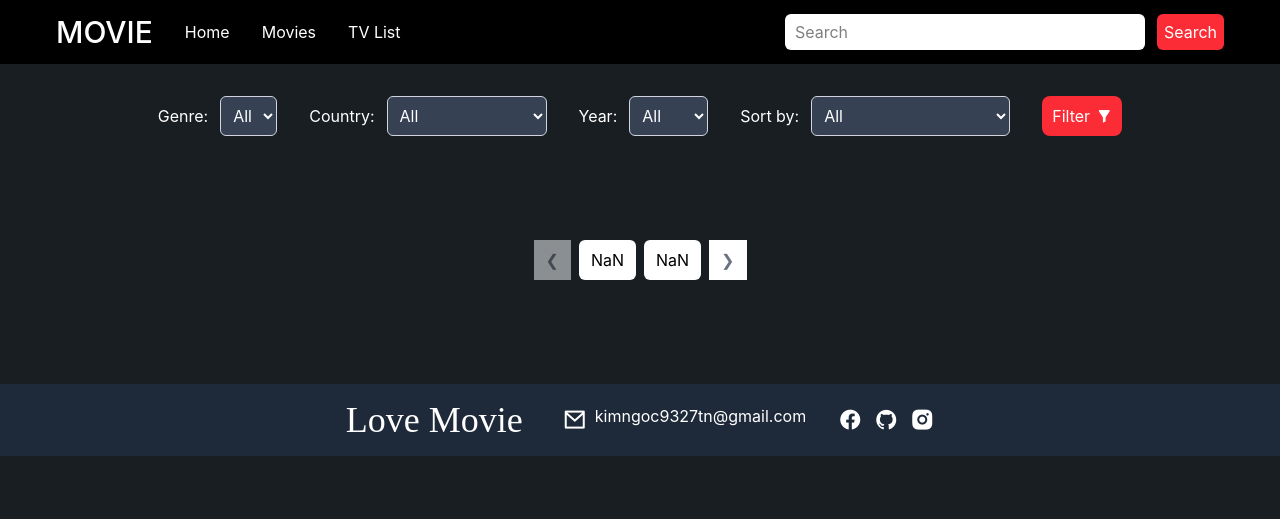
Repository: kimngoc9327/Love_Movie_Project
Page: /search
These files come from the project's save history. The page is drawn as it stood at one moment and after the next save; the edit follows.
The browser window is 1280 px wide. The pictures show the whole page.
The page's requests for data from a server got no answer. The project was rebuilt for these pictures with package versions that can differ from the ones it lists, and the page was loaded fresh each time. No one was signed in, and anything a server would have sent is missing. Also part of the build but not shown: vite.config.js, src/components/ui/VoteAverage.jsx, src/components/ui/MovieCard.jsx, src/components/ui/MovieList.jsx, src/components/ui/Banner.jsx, src/pages/Home.jsx, src/pages/MovieCategory.jsx, src/components/ui/PlayTrailerButton.jsx and 8 more.

Above is the page before, as saved 2025-03-30 00:12:44.

### index.html
<!DOCTYPE html>
<html lang="en">
  <head>
    <meta charset="UTF-8" />
    <link rel="icon" type="image/svg+xml" href="/love-movie-logo.ico" />
    <meta name="viewport" content="width=device-width, initial-scale=1.0" />
    <title>Love Movie</title>
  </head>
  <body>
    <div id="root"></div>
    <script type="module" src="/src/main.jsx"></script>
  </body>
</html>

### src/main.jsx
import { createRoot } from "react-dom/client";
import "./index.css";
import App from "./App.jsx";
import { store } from "./redux/store";
import { Provider } from "react-redux";
import { BrowserRouter } from "react-router-dom";
import ScrollToTop from "./components/ScrollToTop.jsx";

createRoot(document.getElementById("root")).render(
  <BrowserRouter>
    <ScrollToTop />
    <Provider store={store}>
      <App />
    </Provider>
  </BrowserRouter>
);

### src/index.css
@import "tailwindcss";
@import "remixicon/fonts/remixicon.css";

:root {
  font-family: Inter, system-ui, Avenir, Helvetica, Arial, sans-serif;
  background-color: #171c20fc;
}

/* a {
  font-weight: 500;
  color: #646cff;
  text-decoration: inherit;
}
a:hover {
  color: #535bf2;
}

body {
  margin: 0;
  display: flex;
  place-items: center;
  min-width: 320px;
  min-height: 100vh;
}

h1 {
  font-size: 3.2em;
  line-height: 1.1;
}

button {
  border-radius: 8px;
  border: 1px solid transparent;
  padding: 0.6em 1.2em;
  font-size: 1em;
  font-weight: 500;
  font-family: inherit;
  background-color: #1a1a1a;
  cursor: pointer;
  transition: border-color 0.25s;
}
button:hover {
  border-color: #646cff;
}
button:focus,
button:focus-visible {
  outline: 4px auto -webkit-focus-ring-color;
}

@media (prefers-color-scheme: light) {
  :root {
    color: #213547;
    background-color: #ffffff;
  }
  a:hover {
    color: #747bff;
  }
  button {
    background-color: #f9f9f9;
  }
} */

### src/App.jsx
import { Route, Routes } from "react-router-dom";
import publicRoutes from "./routes";
import DefaultLayout from "./components/layout/DefaultLayout";
import { Fragment } from "react";
function App() {
  return (
    <>
      <Routes>
        {publicRoutes.map((route, index) => {
          const Page = route.component;
          let Layout = DefaultLayout;
          if (route.layout) {
            Layout = route.layout;
          } else if (route.layout === null) {
            Layout = Fragment;
          }
          return (
            <Route
              key={index}
              path={route.path}
              element={
                <Layout>
                  <Page />
                </Layout>
              }
            />
          );
        })}
      </Routes>
    </>
  );
}

export default App;

### src/redux/store.jsx
import { createStore, applyMiddleware } from "redux";
import { rootReducer } from "./rootReducer";
import { thunk } from "redux-thunk";

const store = createStore(rootReducer, applyMiddleware(thunk));

export { store };

### src/components/ScrollToTop.jsx
import { useEffect } from "react";
import { useLocation } from "react-router-dom";

const ScrollToTop = () => {
  const { pathname, search } = useLocation(); // Lắng nghe cả pathname và search

  useEffect(() => {
    window.scrollTo({ top: 0, left: 0, behavior: "smooth" });
  }, [pathname, search]); // Khi pathname hoặc search thay đổi, cuộn lên đầu

  return null;
};

export default ScrollToTop;

### src/routes/index.jsx
import DefaultLayout from "../components/layout/DefaultLayout";
import Home from "../pages/Home";
import MovieCategory from "../pages/MovieCategory";
import Movie from "../pages/Movie";
import MovieGenre from "../pages/MovieGenre";
import SearchMovie from "../pages/SearchMovie";
// import SearchMovie from "../pages/SearchMovie";

const publicRoutes = [
  { path: "/", component: Home, layout: DefaultLayout },
  { path: "/genre", component: MovieGenre, layout: DefaultLayout },
  { path: "/movieCategory", component: MovieCategory, layout: DefaultLayout },
  { path: "/movie", component: Movie, layout: DefaultLayout },
  { path: "/search", component: SearchMovie, layout: DefaultLayout },
];

export default publicRoutes;

### src/components/layout/DefaultLayout.jsx
import Header from "./Header";
import Footer from "./Footer";
import PropTypes from "prop-types";

function DefaultLayout({ children }) {
  return (
    <div>
      <Header />
      <div>{children}</div>
      <Footer />
    </div>
  );
}

DefaultLayout.propTypes = {
  children: PropTypes.any,
};

export default DefaultLayout;

### src/redux/rootReducer.jsx
import { combineReducers } from "redux";
import movieReducer from "./reducer/movieReducer";

export const rootReducer = combineReducers({
  movieReducer,
});

### src/pages/SearchMovie.jsx
import { useEffect, useState } from "react";
import { useDispatch, useSelector } from "react-redux";
import { useLocation, useNavigate } from "react-router-dom";
import { searchMovie } from "../redux/actions/movieActions";
import MovieCard from "../components/ui/MovieCard";
import { POSTER_PATH } from "../constants/constants";
import PaginationButton from "../components/ui/PaginationButton";
import MovieFilterBar from "../components/ui/MovieFilterBar";

function SearchMovie() {
  const dispatch = useDispatch();
  const location = useLocation();
  const navigate = useNavigate();

  const queryParams = new URLSearchParams(location.search);
  const query = queryParams.get("query");
  const movies = useSelector((state) => state.movieReducer.search);
  const [page, setPage] = useState(1);

  useEffect(() => {
    if (query) {
      const params = {
        page: page,
        query: query,
      };
      dispatch(searchMovie(params));
    }
  }, [dispatch, query, page]);

  useEffect(() => {
    console.log(movies);
  });

  const totalPages = movies?.total_pages;

  const handleSelectMovie = (id) => {
    navigate(`/movie?id=${id}`);
  };

  return (
    <div className="flex flex-col items-center  m-24 ">
      <MovieFilterBar />

      <div className="grid grid-cols-4 gap-8  my-12">
        {movies?.results
          ?.filter((movie) => movie.title && movie.poster_path)
          .map((movie) => (
            <div onClick={() => handleSelectMovie(movie?.id)} key={movie.id}>
              <MovieCard
                title={movie?.title}
                poster={POSTER_PATH + movie?.poster_path}
                vote={Number(movie?.vote_average.toFixed(2))}
              />
            </div>
          ))}
      </div>
      <PaginationButton
        currentPage={page}
        onPageChange={setPage}
        totalPages={totalPages}
      />
    </div>
  );
}

export default SearchMovie;

### src/components/layout/Header.jsx
import { Link } from "react-router-dom";
import MovieDropdown from "../ui/MovieDropdown";
import SearchInput from "../ui/SearchInput";

const Header = () => {
  return (
    <div className="flex fixed z-50 w-screen top-0 items-center text-white p-[24px] h-[64px] bg-black">
      <div className="flex space-x-8 items-center ml-8">
        <Link to="/">
          <p className="hover:text-red-500 font-medium text-3xl">MOVIE</p>
        </Link>
        <Link to="/">
          <p className="hover:text-red-500 text-base">Home</p>
        </Link>
        <MovieDropdown />
        <p className="hover:text-red-500  text-base">TV List</p>
      </div>
      <SearchInput />
    </div>
  );
};

export default Header;

### src/components/layout/Footer.jsx
function Footer() {
  return (
    <div className="flex space-x-10 mt-12 p-4 items-center justify-center text-white bg-gray-800">
      <p className="font-[fantasy] text-4xl ">Love Movie</p>
      <div className="flex space-x-8">
        <div className="space-y-3">
          <div className="flex space-x-2">
            <i className="ri-mail-line text-2xl"></i>{" "}
            <p>kimngoc9327tn@gmail.com</p>
          </div>
        </div>
        <div className="flex space-x-3">
          <i className="ri-facebook-circle-fill  text-2xl"></i>
          <i className="ri-github-fill  text-2xl"></i>
          <i className="ri-instagram-fill  text-2xl"></i>
        </div>
      </div>
    </div>
  );
}

export default Footer;

### src/redux/reducer/movieReducer.jsx
import {
  GET_GENRE_MOVIE,
  GET_MOVIE,
  GET_MOVIE_COLLECTION,
  GET_MOVIE_DISCOVER,
  GET_MOVIES,
  GET_RECOMMENDATIONS,
  SEARCH_MOVIE,
} from "../types";

const initialState = {
  movies: {},
  genres: {},
  search: {},
  recommendations: {},
  collection: null,
  currentMovie: null,
};

const movieReducer = (state = initialState, action) => {
  switch (action.type) {
    case GET_MOVIES:
      return {
        ...state,
        movies: { ...state.movies, [action.category]: action.payload },
      };
    case GET_MOVIE_DISCOVER:
      return { ...state, movies: action.payload };
    case GET_MOVIE_COLLECTION:
      return { ...state, collection: action.payload };
    case GET_GENRE_MOVIE:
      return { ...state, genres: action.payload };
    case GET_RECOMMENDATIONS:
      return { ...state, recommendations: action.payload };
    case SEARCH_MOVIE:
      return { ...state, search: action.payload };
    case GET_MOVIE:
      return { ...state, currentMovie: action.payload };
    default:
      return state;
  }
};

export default movieReducer;

### src/redux/actions/movieActions.jsx
import axios from "axios";
import {
  GET_MOVIES,
  GET_MOVIE,
  GET_MOVIE_DISCOVER,
  GET_GENRE_MOVIE,
  GET_MOVIE_COLLECTION,
  SEARCH_MOVIE,
  GET_RECOMMENDATIONS,
} from "../types";
import { AUTH_TOKEN, BASE_URL } from "../../constants/constants";

const getMovies =
  (category, params = {}) =>
  async (dispatch) => {
    try {
      const response = await axios.get(`${BASE_URL}/movie/${category}`, {
        headers: {
          Authorization: `Bearer ${AUTH_TOKEN}`,
        },
        params: {
          ...params,
        },
      });

      dispatch({ type: GET_MOVIES, payload: response.data, category });
    } catch (error) {
      console.error(error);
    }
  };

const getMovieDiscover =
  (params = {}) =>
  async (dispatch) => {
    try {
      const response = await axios.get(`${BASE_URL}/discover/movie`, {
        headers: {
          Authorization: `Bearer ${import.meta.env.VITE_API_TOKEN}`,
        },
        params: {
          ...params,
        },
      });

      dispatch({ type: GET_MOVIE_DISCOVER, payload: response.data });
    } catch (error) {
      console.log(error);
    }
  };

const getGenreMovie = () => async (dispatch) => {
  try {
    const response = await axios.get(`${BASE_URL}/genre/movie/list`, {
      headers: {
        Authorization: `Bearer ${AUTH_TOKEN}`,
      },
    });

    dispatch({ type: GET_GENRE_MOVIE, payload: response.data });
  } catch (error) {
    console.log(error);
  }
};

const getMovieCollection = (id) => async (dispatch) => {
  try {
    const response = await axios.get(`${BASE_URL}/collection/${id}`, {
      headers: {
        Authorization: `Bearer ${AUTH_TOKEN}`,
      },
    });
    dispatch({ type: GET_MOVIE_COLLECTION, payload: response.data });
  } catch (error) {
    console.log(error);
  }
};

const getRecommendations = (id) => async (dispatch) => {
  try {
    const response = await axios.get(
      `${BASE_URL}/movie/${id}/recommendations`,
      {
        headers: {
          Authorization: `Bearer ${AUTH_TOKEN}`,
        },
      }
    );
    dispatch({ type: GET_RECOMMENDATIONS, payload: response.data });
  } catch (error) {
    console.log(error);
  }
};

const searchMovie =
  (params = {}) =>
  async (dispatch) => {
    try {
      const response = await axios.get(`${BASE_URL}/search/movie`, {
        headers: {
          Authorization: `Bearer ${AUTH_TOKEN}`,
        },
        params: {
          ...params,
        },
      });

      dispatch({ type: SEARCH_MOVIE, payload: response.data });
    } catch (error) {
      console.log(error);
    }
  };

const getMovie = (id) => async (dispatch) => {
  try {
    const response = await axios.get(`${BASE_URL}/movie/${id}`, {
      headers: {
        Authorization: `Bearer ${AUTH_TOKEN}`,
      },
      params: {
        append_to_response: "videos,translations,casts",
        language: "en-US",
      },
    });

    dispatch({ type: GET_MOVIE, payload: response.data });
  } catch (error) {
    console.log(error);
  }
};

export {
  getMovies,
  getMovie,
  getMovieDiscover,
  getGenreMovie,
  getMovieCollection,
  getRecommendations,
  searchMovie,
};

### src/constants/constants.jsx
export const API_KEY = import.meta.env.VITE_API_KEY;
export const AUTH_TOKEN = import.meta.env.VITE_API_TOKEN;
export const DEFAULT_IMAGE =
  "https://www.themoviedb.org/assets/2/v4/glyphicons/basic/glyphicons-basic-38-picture-grey-c2ebdbb057f2a7614185931650f8cee23fa137b93812ccb132b9df511df1cfac.svg";
export const POSTER_PATH = `https://image.tmdb.org/t/p/w500`;
export const BACKDROP_PATH = `https://image.tmdb.org/t/p/original`;
export const BASE_URL = `https://api.themoviedb.org/3`;

### src/components/ui/PaginationButton.jsx
import PropTypes from "prop-types";

const PaginationButton = ({ currentPage, totalPages, onPageChange }) => {
  const getPageNumbers = () => {
    const pages = [];
    const maxPages = Math.min(totalPages, 500);

    if (maxPages <= 6) {
      for (let i = 1; i <= maxPages; i++) pages.push(i);
    } else {
      if (currentPage > 1) pages.push(1, "...");

      if (currentPage < maxPages - 1) {
        pages.push(currentPage);
        if (currentPage + 1 <= maxPages) pages.push(currentPage + 1);
        if (currentPage + 2 <= maxPages) pages.push(currentPage + 2);
      }

      if (currentPage < maxPages - 2) pages.push("...");

      pages.push(maxPages - 1, maxPages);
    }

    return pages;
  };

  return (
    <div className="flex items-center space-x-2 rounded-md px-4 py-2">
      <button
        className={`px-3 py-2 bg-white text-gray-500 hover:cursor-pointer ${
          currentPage === 1
            ? "opacity-50 cursor-not-allowed"
            : "hover:bg-gray-200"
        }`}
        disabled={currentPage === 1}
        onClick={() => onPageChange(currentPage - 1)}
      >
        ❮
      </button>

      {getPageNumbers().map((page, index) =>
        page === "..." ? (
          <span key={index} className="px-3 py-2 text-gray-500 ">
            ...
          </span>
        ) : (
          <button
            key={index}
            className={`px-3 py-2 bg-white rounded-md hover:cursor-pointer ${
              currentPage === page
                ? "!bg-indigo-600 text-white"
                : "hover:bg-gray-200"
            }`}
            onClick={() => onPageChange(page)}
          >
            {page}
          </button>
        )
      )}

      <button
        className={`px-3 py-2 bg-white text-gray-500 hover:cursor-pointer ${
          currentPage === totalPages
            ? "opacity-50 cursor-not-allowed"
            : "hover:bg-gray-200"
        }`}
        disabled={currentPage === totalPages}
        onClick={() => onPageChange(currentPage + 1)}
      >
        ❯
      </button>
    </div>
  );
};

PaginationButton.propTypes = {
  currentPage: PropTypes.any,
  onPageChange: PropTypes.any,
  totalPages: PropTypes.any,
};

export default PaginationButton;

### src/components/ui/MovieDropdown.jsx
import { Menu, MenuButton, MenuItem, MenuItems } from "@headlessui/react";
import { useEffect, useState } from "react";
import { useDispatch, useSelector } from "react-redux";
import {
  getGenreMovie,
  getMovieDiscover,
} from "../../redux/actions/movieActions";
import { useNavigate } from "react-router-dom";

function MovieDropdown() {
  const [isOpen, setIsOpen] = useState(false);
  const dispatch = useDispatch();
  const navigate = useNavigate();
  const genres = useSelector((state) => state.movieReducer.genres);

  useEffect(() => {
    dispatch(getGenreMovie());
  }, [dispatch]);

  const handleGenreSelect = (genreId) => {
    dispatch(getMovieDiscover(genreId));
    navigate(`/genre?genre=${genreId}`);
    setIsOpen(false);
  };

  return (
    <div className="relative" onMouseUp={() => setIsOpen(true)}>
      <Menu>
        <MenuButton className="hover:text-red-500 text-base">Movies</MenuButton>
        {isOpen && (
          <MenuItems className="grid grid-cols-3 gap-4 absolute left-0 mt-2 w-150 p-2 origin-top-right rounded-md bg-black ring-1 z-40 focus:outline-none">
            {genres?.genres?.map((genre, index) => (
              <MenuItem
                id={genre.id}
                key={index}
                as="div"
                className="px-4 py-2 text-white hover:bg-gray-700 cursor-pointer"
                onClick={() => handleGenreSelect(genre.id)}
              >
                {genre.name}
              </MenuItem>
            ))}
          </MenuItems>
        )}
      </Menu>
    </div>
  );
}

export default MovieDropdown;

### src/components/ui/SearchInput.jsx
import { useEffect, useState, useRef } from "react";
import { useLocation, useNavigate } from "react-router-dom";
import { AUTH_TOKEN, BASE_URL, POSTER_PATH } from "../../constants/constants";
import axios from "axios";

function SearchInput() {
  const navigate = useNavigate();
  const location = useLocation();
  const [query, setQuery] = useState("");
  const [showResults, setShowResults] = useState(false);

  const resultsRef = useRef(null);

  const [suggestions, setSuggestions] = useState([]); // Thêm state cục bộ để lưu kết quả gợi ý

  useEffect(() => {
    if (query.trim() === "") {
      setSuggestions([]);
      return;
    }

    const timer = setTimeout(async () => {
      try {
        const response = await axios.get(`${BASE_URL}/search/movie`, {
          headers: {
            Authorization: `Bearer ${AUTH_TOKEN}`,
          },
          params: {
            query: query,
            include_adult: false,
            language: "en-US",
            page: 1,
          },
        });

        setSuggestions(response.data);
        setShowResults(true);
      } catch (error) {
        console.error("Lỗi khi tìm kiếm phim:", error);
        setSuggestions([]);
      }
    }, 500);

    return () => clearTimeout(timer);
  }, [query]);

  useEffect(() => {
    setShowResults(false);
  }, [location.pathname, location.search]);

  useEffect(() => {
    function handleClickOutside(event) {
      if (resultsRef.current && !resultsRef.current.contains(event.target)) {
        setShowResults(false);
      }
    }

    document.addEventListener("mousedown", handleClickOutside);
    return () => document.removeEventListener("mousedown", handleClickOutside);
  }, []);

  const handleSearch = (e) => {
    e.preventDefault();
    navigate(`/search?query=${query}`);
  };

  const handleSelectMovie = (id) => {
    navigate(`/movie?id=${id}`);
    setShowResults(false);
    setQuery("");
  };

  return (
    <>
      <form
        onSubmit={handleSearch}
        className="ml-auto mr-8 flex items-center space-x-3 relative"
      >
        <input
          className="h-[36px] w-90 text-black pl-[10px] bg-white rounded-md"
          placeholder="Search"
          value={query || ""}
          onChange={(e) => setQuery(e.target.value)}
        />
        <button
          type="submit"
          className="bg-red-500 px-[7px] h-[36px] text-center rounded-md"
        >
          Search
        </button>

        {showResults && suggestions?.results?.length > 0 && (
          <div
            ref={resultsRef}
            className="absolute w-90 top-14 bg-black text-white mt-2 rounded-md shadow-lg p-2"
          >
            {suggestions?.results?.slice(0, 8).map((movie, index) => (
              <div
                onClick={() => handleSelectMovie(movie?.id)}
                key={index}
                className="p-2 cursor-pointer hover:bg-gray-800 flex space-x-4 items-center"
              >
                <img
                  src={POSTER_PATH + movie.poster_path}
                  className="object-cover w-10 h-10"
                />
                <span className="text-gray-300">{movie.title}</span>
              </div>
            ))}
          </div>
        )}
      </form>
    </>
  );
}

export default SearchInput;

### src/redux/types.jsx
export const GET_MOVIES = "GET_MOVIES";
export const GET_MOVIE = "GET_MOVIE";
export const GET_GENRE_MOVIE = "GET_GENRE_MOVIE";
export const GET_MOVIE_DISCOVER = "GET_MOVIE_DISCOVER";
export const GET_MOVIE_COLLECTION = "GET_MOVIE_COLLECTION";
export const GET_RECOMMENDATIONS = "GET_RECOMMENDATIONS";
export const SEARCH_MOVIE = "SEARCH_MOVIE";

### src/components/ui/Notice.jsx
function Notice() {
  return (
    <div className="bg-[#202533] p-2">
      <p className="text-amber-500 text-center text-sm">
        IF THE CONTENT CANNOT BE LOADED, PLEASE PRESS F5 OR RELOAD THE PAGE ONCE
        OR TWICE.
      </p>
    </div>
  );
}

export default Notice;

Loaded but not shown: src/components/ui/MovieFilterBar.jsx (181 lines, source omitted)

After the next save:
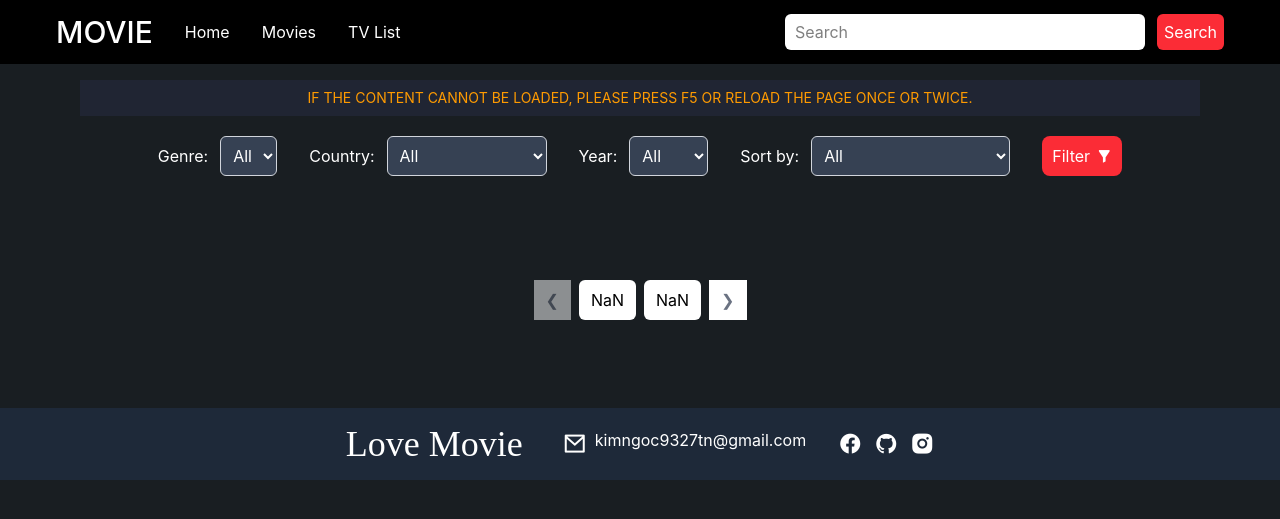
Saved 63 s later.
--- a/src/pages/SearchMovie.jsx
+++ b/src/pages/SearchMovie.jsx
@@ -6,6 +6,7 @@ import MovieCard from "../components/ui/MovieCard";
 import { POSTER_PATH } from "../constants/constants";
 import PaginationButton from "../components/ui/PaginationButton";
 import MovieFilterBar from "../components/ui/MovieFilterBar";
+import Notice from "../components/ui/Notice";
 
 function SearchMovie() {
   const dispatch = useDispatch();
@@ -38,27 +39,29 @@ function SearchMovie() {
   };
 
   return (
-    <div className="flex flex-col items-center  m-24 ">
-      <MovieFilterBar />
-
-      <div className="grid grid-cols-4 gap-8  my-12">
-        {movies?.results
-          ?.filter((movie) => movie.title && movie.poster_path)
-          .map((movie) => (
-            <div onClick={() => handleSelectMovie(movie?.id)} key={movie.id}>
-              <MovieCard
-                title={movie?.title}
-                poster={POSTER_PATH + movie?.poster_path}
-                vote={Number(movie?.vote_average.toFixed(2))}
-              />
-            </div>
-          ))}
+    <div className="m-20">
+      <Notice />
+      <div className="flex flex-col items-center mt-5 ">
+        <MovieFilterBar />
+        <div className="grid grid-cols-4 gap-8  my-12">
+          {movies?.results
+            ?.filter((movie) => movie.title && movie.poster_path)
+            .map((movie) => (
+              <div onClick={() => handleSelectMovie(movie?.id)} key={movie.id}>
+                <MovieCard
+                  title={movie?.title}
+                  poster={POSTER_PATH + movie?.poster_path}
+                  vote={Number(movie?.vote_average.toFixed(2))}
+                />
+              </div>
+            ))}
+        </div>
+        <PaginationButton
+          currentPage={page}
+          onPageChange={setPage}
+          totalPages={totalPages}
+        />
       </div>
-      <PaginationButton
-        currentPage={page}
-        onPageChange={setPage}
-        totalPages={totalPages}
-      />
     </div>
   );
 }
